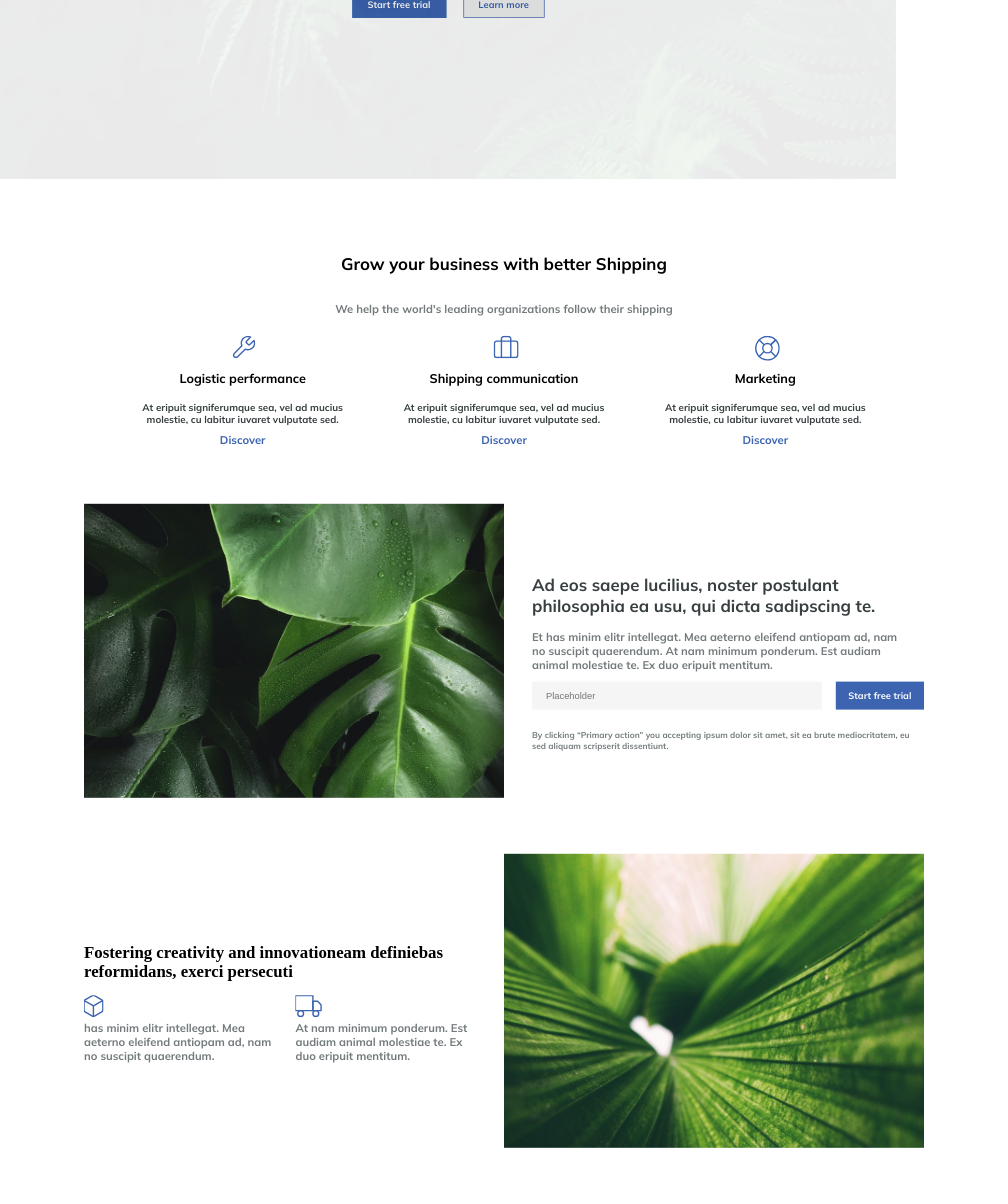
Repository: Mygit2001/LeTuSy_Test_Ecommage
Page: index.html
These files come from the project's save history. The page is drawn as it stood at one moment and after a run of saves; the edit follows.
The browser window is 1280 px wide. The page is 1440 px wide, so the pictures cover 1440 px, including what lies to the right of the window. The pictures show the part of the page from y = 464 to 2184 px (the page is 3086 px tall before and 2486 px after), at 70% of full size.

Above is the page before, as saved 2023-02-15 19:49:38.

After the next 3 saves:
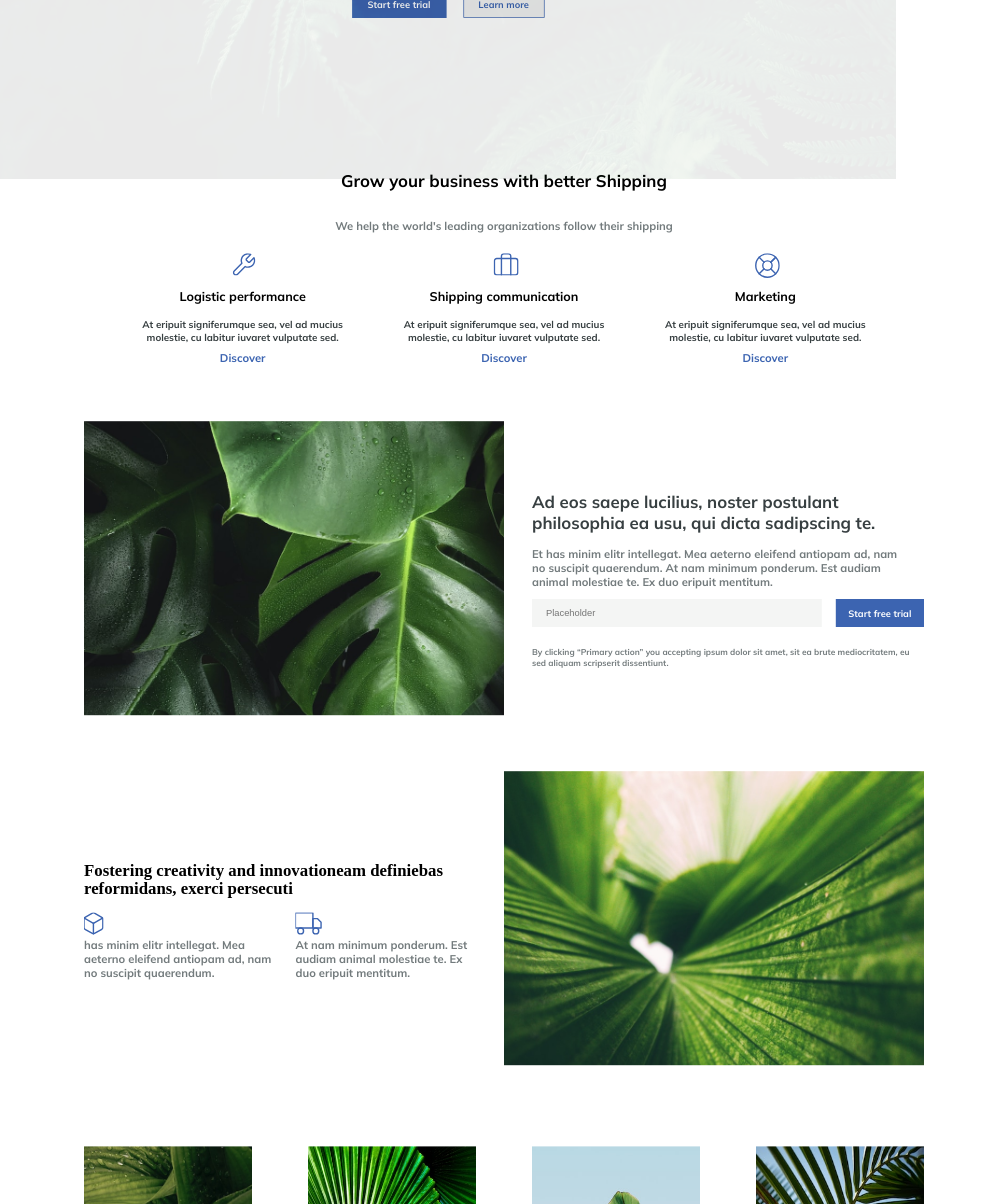
The 3 saves are shown as one change because they came seconds apart.
The last was saved 31 s later.
--- a/assets/css/index.css
+++ b/assets/css/index.css
@@ -18,7 +18,7 @@
   gap: 80px;
 
   width: 1440px;
-  height: 3000px;
+  height: 2400px;
 }
 .navbar_header {
   display: flex;

After the save that followed:
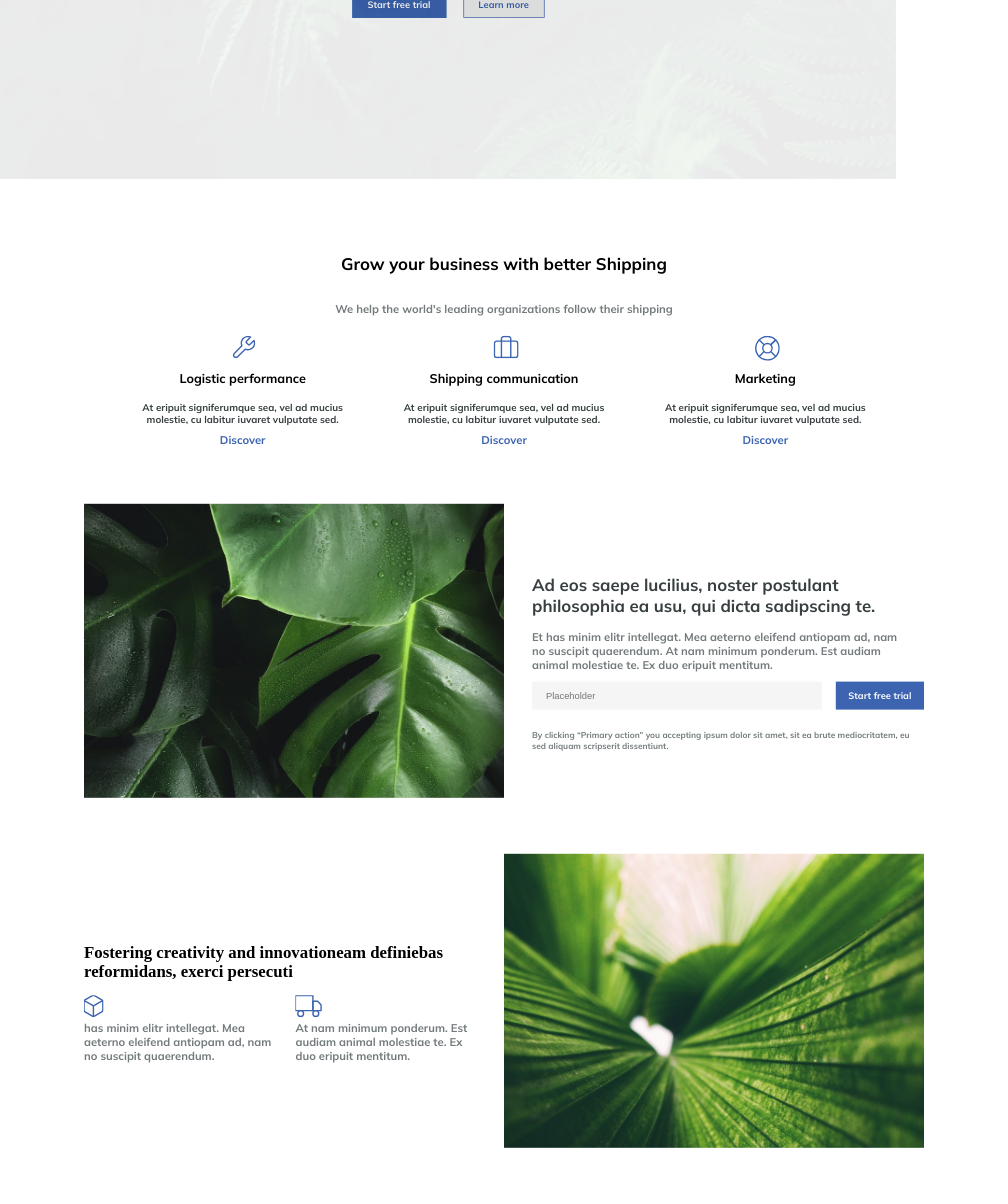
Saved 11 s later.
--- a/assets/css/index.css
+++ b/assets/css/index.css
@@ -18,7 +18,7 @@
   gap: 80px;
 
   width: 1440px;
-  height: 2400px;
+  height: 3000px;
 }
 .navbar_header {
   display: flex;
